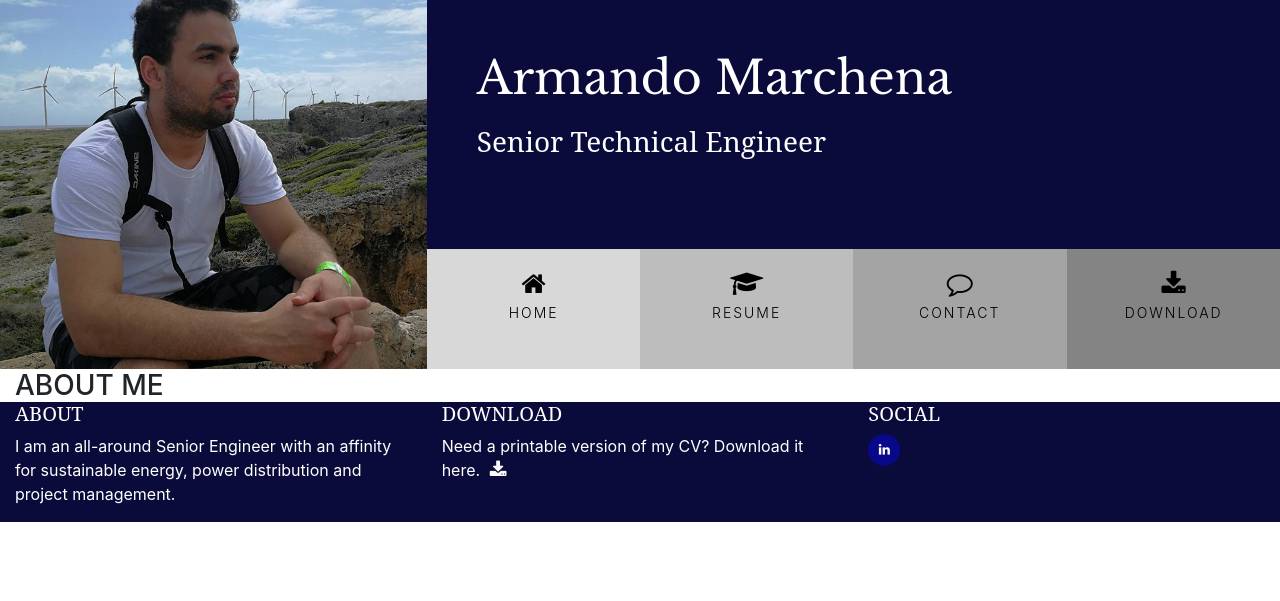
Repository: dugudugu/Resume-A-Marchena
Page: index.html
The author's editor kept a record of every edit. The page is drawn from the files as they stood at one moment, then again after the next edit.
The browser window is 1280 px wide. The pictures show the whole page.

Above is the page before.

### index.html
<!DOCTYPE html>
<html lang="en">

<head>
    <meta charset="UTF-8">
    <meta name="viewport" content="width=device-width, initial-scale=1.0">
    <meta http-equiv="X-UA-Compatible" content="ie=edge">
    <link rel="stylesheet" href="https://stackpath.bootstrapcdn.com/bootstrap/4.3.1/css/bootstrap.min.css" type="text/css" />
    <link rel="stylesheet" href="https://stackpath.bootstrapcdn.com/font-awesome/4.7.0/css/font-awesome.min.css" type="text/css" />
    <link rel="stylesheet" href="https://cdnjs.cloudflare.com/ajax/libs/hover.css/2.3.1/css/hover-min.css" type="text/css" />
    <link rel="stylesheet" href="assets/css/style.css" />
    <title>A. Marchena</title>
</head>

<body>

    <header>
        <div class="row no-gutters">
            <a href="index.html" class="col-md-4 logo"></a>

            <div class="col-md-8">
                <div class="row bg-color-name-title no-gutters">
                    <div class="col heading">
                        <h1 class="name"> Armando Marchena </h1>
                        <h2 class="title"> Senior Technical Engineer </h2>
                    </div>
                </div>

                <div class="row no-gutters">
                    <div class="col">
                        <ul id="nav" class="list-inline menucontainer">
                            <li class="col-6 col-sm-3 ui-menu-color-home list-inline-item menuitem">
                                <a href="#" class="hvr-sweep-to-bottom"><i class="fa fa-home" aria-hidden="true"></i><span>Home</span></a>
                            </li>
                            <li class="col-6 col-sm-3 ui-menu-color-resume list-inline-item menuitem">
                                <a href="#" class="hvr-sweep-to-bottom"><i class="fa fa-graduation-cap" aria-hidden="true"></i><span>Resume</span></a>
                            </li>
                            <li class="col-6 col-sm-3 ui-menu-color-contact list-inline-item menuitem">
                                <a href="#" class="hvr-sweep-to-bottom"><i class="fa fa-comment-o" aria-hidden="true"></i><span>Contact</span></a>
                            </li>
                            <li class="col-6 col-sm-3 ui-menu-color-download list-inline-item menuitem">
                                <a href="#" class="hvr-sweep-to-bottom"><i class="fa fa-download" aria-hidden="true"></i><span>Download</span></a>
                            </li>
                        </ul>
                    </div>
                </div>



            </div>
        </div>
    </header>

    <section class="container-fluid">
        <div class="row row-table">
            <div class="col-md-8 bg-color-three-reasons section-column">
                <div class="row">
                    <div class="col">
                        <h3 class="section-heading uppercase">About Me</h3>
                    </div>
                </div>
            </div>
        </div>

    </section>

    <footer class="container-fluid">
        <div id="footer-details" class="row">
            <div class="col-sm-4">
                <h5 class="uppercase general-sub">About</h5>
                <p class="inline-block">
                    I am an all-around Senior Engineer with an affinity for sustainable energy, power distribution and project management.
                </p>
            </div>
            <div class="col-sm-4">
                <h5 class="uppercase general-sub">Download</h5>
                <p class="inline-block">
                    Need a printable version of my CV? Download it here.
                    <a href="#" target="_blank" class="cv-pdf">
                        <i class="fa fa-download" aria-hidden="true"></i>
                        <span class="sr-only">Download link.</span>
                        </a>
                </p>
            </div>
            <div class="col-sm-4">
                <h5 class="uppercase general-sub">Social</h5>
                <ul class="list-inline social-links">
                    <li class="list-inline-item">
                        <a target="_blank" href="#">
                            <i class="fa fa-linkedin" aria-hidden="true"></i>
                        <span class="sr-only">LinkedIn</span>
                        </a>
                    </li>
                </ul>
            </div>
        </div>
    </footer>


</body>


</html>

### assets/css/style.css
@import url('https://fonts.googleapis.com/css?family=Noto+Serif:100,200,300,400,500,600,700|Libre+Baskerville:100,200,300,400,500,600,700');

/*------------------------------------------Colors */

.bg-color-name-title {
    background-color: #0B0B3B;
}

.ui-menu-color-home {
    background-color: #D8D8D8;
}

.ui-menu-color-resume {
    background-color: #BDBDBD;
}

.ui-menu-color-contact {
    background-color: #A4A4A4;
}

.ui-menu-color-download {
    background-color: #848484;
}


/*------------------------------------------Special  */

h1,
h2,
h3,
h4 {
    margin: 0;
}

.uppercase {
    text-transform:uppercase;
}

.general-sub {
    font-family:"Noto Serif", sans-serif;
    font-weight:300;
    color: #fff;
}

.inline-block {
    display:inline-block;
}

/*------------------------------------------Heading */

header {
    margin: 0;

}

.heading {
    margin-left: 50px;
}

.logo {
    background: url("../images/A. Marchena.jpg");
    background-position: center;
    background-repeat: no-repeat;
    background-size: cover;
    min-height: 360px;
    transition: all .5s ease-in-out;
    -moz-transition: all .5s ease-in-out;
    -webkit-transition: all .5s ease-in-out;
}

.name {
    font-family: "Libre Baskerville", Noto Serif;
    font-weight: 200;
    font-size: 46px;
    margin-top: 50px;
    color: #fff;
}

.title {
    font-family: "Noto Serif", sans-serif;
    font-weight: 100;
    font-size: 28px;
    margin-top: 20px;
    margin-bottom: 90px;
    color: #fff;
}

.list-inline-item:not(:last-child) {
    margin: 0;
}

.menucontainer {
    font-size: 0;
}

#nav {
    margin: 0;
}

#nav li {
    font-size: 14px;
    padding: 0;
}

.menuitem {
    height: 120px;
    text-align: center;
    padding: 0;
}

.menuitem a {
    width: 100%;
    text-decoration: none;
    color: #000000;
    height: 120px;
}

.menuitem a i {
    padding-top: 22px;
    display: block;
    color: #000000;
    font-size: 26px;
}

.menuitem span {
    display: block;
    width: 100%;
    padding-top: 5px;
    text-align: center;
    text-transform: uppercase;
    font-size: 14px;
    font-weight: 300;
    letter-spacing: 2px;
}


/*------------------------------------------Hover.css */

.hvr-sweep-to-bottom:before {
    background-color: rgba(0, 0, 0, 0.2);
    height: 120px;
}

/*------------------------------------------Footer */

footer{
    background: #0B0B3B;
    color: #fff;
    min-height:120px;
    margin:0;
}

.cv-pdf i {
    font-size: 18px;
    color: #fafafa;
    text-align: center;
    padding-left: 5px;
    transition: all 0.35s ease-in-out;
    -moz-transition: all 0.35s ease-in-out;
    -webkit-transition: all 0.35s ease-in-out;
    -o-transition: all 0.35s ease-in-out;
}

.cv-pdf i:hover{
    color: #e84610;
}

.social-links {
    padding-bottom: 15px;
}

.social-links li a i {
    width: 32px;
    height: 32px;
    padding: 12px 0;
    border-radius: 50%;
    font-size: 13px;
    line-height: 7px;
    text-align: center;
    color: #fafafa;
    background-color: #08088A;
    transition: all 0.35s ease-in-out;
    -moz-transition: all 0.35s ease-in-out;
    -webkit-transition: all 0.35s ease-in-out;
    -o-transition: all 0.35s ease-in-out;
}

After the next edit:
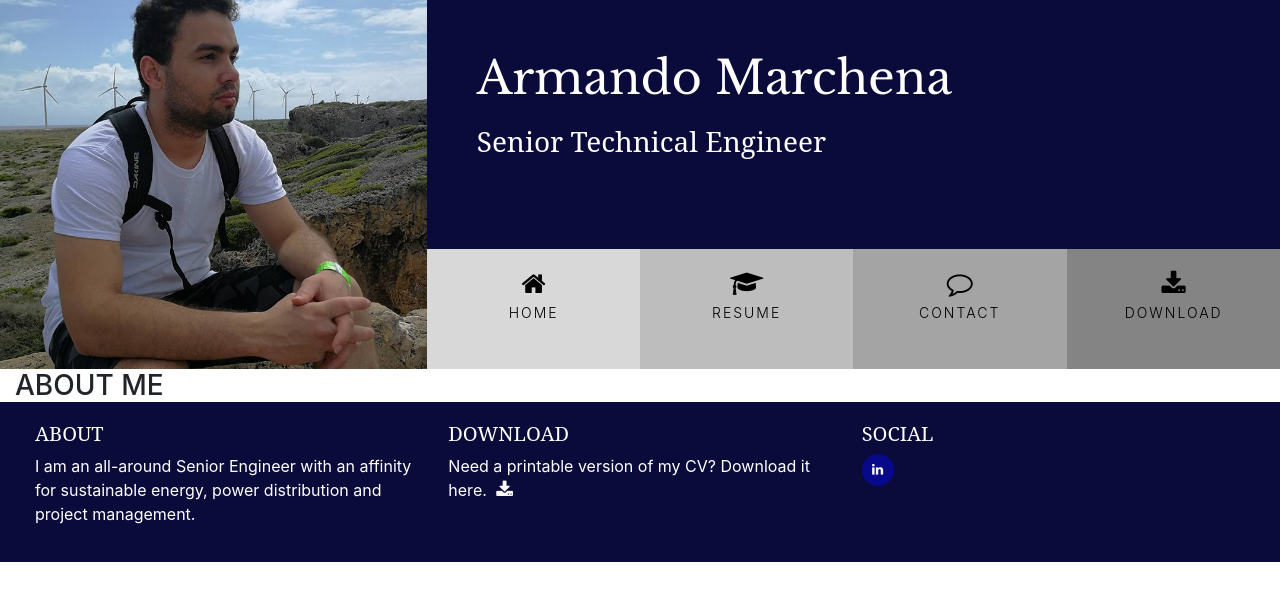
The edit:
--- a/assets/css/style.css
+++ b/assets/css/style.css
@@ -184,3 +184,11 @@
     -webkit-transition: all 0.35s ease-in-out;
     -o-transition: all 0.35s ease-in-out;
 }
+
+.social-links li a i:hover {
+    background-color: #e84610;
+}
+
+#footer-details {
+    padding: 20px;
+}
